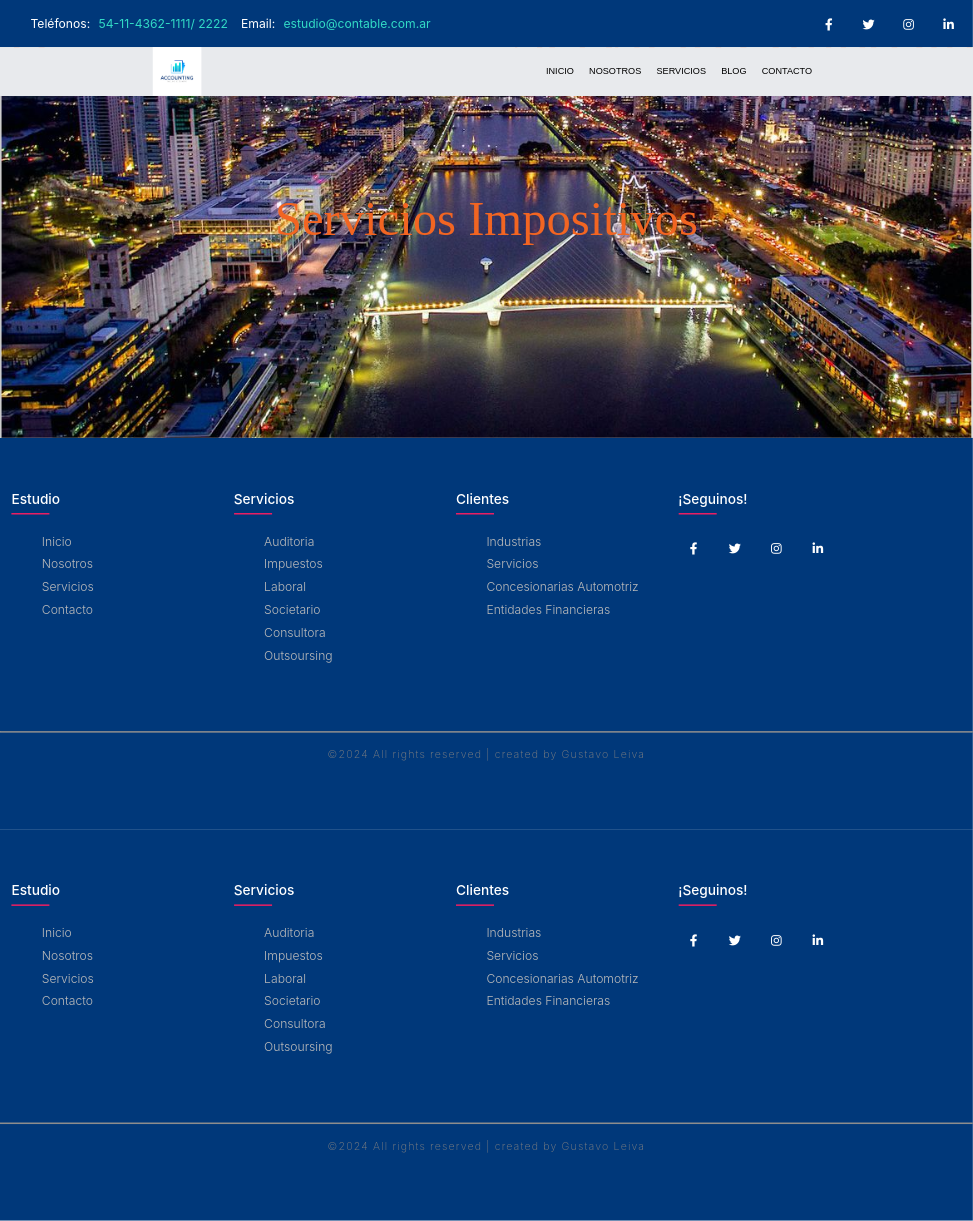
Repository: Gustavo-Leiva/estudioContable
Page: index.html
An editor plug-in stored every save of this project. The page is shown before and after the next save, followed by the edit.
The browser window is 1280 px wide. The pictures show the whole page, at 76% of full size.
Some web libraries are served in a nearby version.

Above is the page before, as saved 2025-01-31 16:01:35.
Console error: SyntaxError: Unexpected identifier 'automático'

### index.html
<!DOCTYPE html>
<html lang="en">
<head>
    <meta charset="UTF-8">
    <meta http-equiv="X-UA-Compatible" content="IE=edge">
    <meta name="viewport" content="width=device-width, initial-scale=1.0">
    <title>Estudio Contable II</title>
    <script src="https://kit.fontawesome.com/363b4ef9d0.js" crossorigin="anonymous"></script>
    <link rel="stylesheet" type= "text/css" href="https://cdnjs.cloudflare.com/ajax/libs/font-awesome/6.0.0/css/all.min.css">
    <link rel="stylesheet" type="text/css" href="./css/style.css">
    <script src="./js/app.js"></script>



</head>




<body>
   <header id="home" class = "header">
        <nav class="nav">
            <div class="container-all">
                    <div class="container-contacto">
                        <div class ="contacto">
                            <ul class="nav-contacto">

                                <li>
                                    <span class="contac">Teléfonos:</span>
                                    <a href="#" class="phone">54-11-4362-1111/ 2222</a>
                                </li>
                                <li>
                                    <span class="contac">Email:</span>
                                    <a href="#" class="email">estudio@contable.com.ar</a>
                                </li>
                            </ul>
                        </div>


                        <div class="social-links">
                            <a href="#"><i class="fab fa-facebook-f"></i></a>
                            <a href="#"><i class="fab fa-twitter"></i></a>
                            <a href="#"><i class="fab fa-instagram"></i></a>
                            <a href="#"><i class="fab fa-linkedin-in"></i></a>
                        </div>

                    </div>






                    <div class="nav-items">
                            <img src="img/logo2.jpg" alt="imagen-de-logo" class="imagen-logo">
                            <button id="abrir" class="abrir-menu"><i class="fas fa-bars"></i>
                            </button>

                            <div  class="nav-menu " id = "nav">
                                <button id="cerrar" class="cerrar-menu" ><i class="fa-solid fa-xmark"></i></button>
                                <ul class="nav-list  ">
                                    <li class="menu-item"><a href="/index.html">Inicio</a></li>
                                    <li class="menu-item"><a href="./html/nosotros.html">Nosotros</a></li>
                                    <li class="menu-item"><a href="./html/servicios.html">Servicios</a></li>
                                    <li class="menu-item"><a href="./html/blog.html">Blog</a></li>
                                    <li class="menu-item"><a href="./html/contacto.html">Contacto</a></li>
                                </ul>

                            </div>


                    </div>
            </div>
        </nav>
    </header>

    <main class="main-container">

        <section class ="imagenContenedora" id="imagenContenedora">

            <img class = "fondoPrincipal" src="./img/fondo.jpg" alt="imagen-inicial">
            <h1 id="leyenda" class ="leyenda">Servicios Impositivos</h1>
            <h2 class="tareas">Especializados en PyMES: industriales, comerciales y de servicios.</h2>

        </section>

    </main>



    <footer class="footer">
        <div class="footer-container">
            <div class="row">
                <div class= "footer-col">
                    <h4 class="title">Estudio</h4>
                    <ul>
                        <li><a href="#">Inicio</a></li>
                        <li><a href="#">Nosotros</a> </li>
                        <li><a href="#">Servicios</a></li>
                        <li><a href="#">Contacto</a></li>
                    </ul>
                </div>

                <div class="footer-col">
                    <h4 class="title">Servicios</h4>
                    <ul>
                        <li><a href="#">Auditoria</a></li>
                        <li><a href="#">Impuestos</a></li>
                        <li><a href="#">Laboral</a></li>
                        <li><a href="#">Societario</a></li>
                        <li><a href="#">Consultora</a></li>
                        <li><a href="#">Outsoursing</a></li>
                    </ul>
                </div>


                <div class="footer-col">
                    <h4 class="title">Clientes</h4>
                    <ul>
                        <li><a href="#">Industrias</a></li>
                        <li><a href="#">Servicios</a></li>
                        <li><a href="#">Concesionarias automotriz</a></li>
                        <li><a href="#">Entidades Financieras</a></li>
                    </ul>
                </div>


                <div class="footer-col  footer-links">
                    <h4 class="title">¡Seguinos!</h4>
                    <div class="social-links">
                        <a href="#"><i class="fab fa-facebook-f"></i></a>
                        <a href="#"><i class="fab fa-twitter"></i></a>
                        <a href="#"><i class="fab fa-instagram"></i></a>
                        <a href="#"><i class="fab fa-linkedin-in"></i></a>
                    </div>
                </div>
            </div>

        </div>

        <hr>

        <p class="derechos">&copy;2024 All rights reserved | created by Gustavo Leiva</p>

    </footer>
    <!-- Contenido principal -->
    <div id="footer"></div>

    <!-- Carga del script -->
    <script src="loadFooter.js"></script>
</body>
</html>

### js/app.js
document.addEventListener("DOMContentLoaded", function () {
    // Cargar artículos desde el JSON
    fetch("../js/articulos.json")
        .then(response => response.json())
        .then(data => {
            const contenedor = document.querySelector(".blog-container");

            data.forEach(articulo => {
                const card = document.createElement("div");
                card.classList.add("blog-card");

                card.innerHTML = `
                    <h2>${articulo.titulo}</h2>
                    <p class="summary">${articulo.resumen}</p>
                    <p class="full-content" style="display: none;">${articulo.contenido}</p>
                    <button class="read-more">Leer más</button>
                    <p class="date">${articulo.fecha}</p>
                `;

                contenedor.appendChild(card);
            });

            // Llamar a la función para activar los botones después de agregar los artículos
            inicializarBotones();
        })
        .catch(error => console.error("Error cargando los artículos:", error));

    // Función para manejar los botones "Leer más"
    function inicializarBotones() {
        const readMoreButtons = document.querySelectorAll(".read-more");

        readMoreButtons.forEach(button => {
            button.addEventListener("click", function () {
                const card = this.parentElement;
                const fullContent = card.querySelector(".full-content");
                const isActive = fullContent.style.display === "block";

                // Cerrar todas las tarjetas antes de abrir la nueva
                document.querySelectorAll(".full-content").forEach(content => content.style.display = "none");
                document.querySelectorAll(".read-more").forEach(btn => btn.textContent = "Leer más");

                // Si no estaba abierta, la abre
                if (!isActive) {
                    fullContent.style.display = "block";
                    this.textContent = "Leer menos";
                }
            });
        });
    }

    // Manejo del menú de navegación
    const nav = document.querySelector("#nav");
    const abrir = document.querySelector("#abrir");
    const cerrar = document.querySelector("#cerrar");
    const elementMenu = document.querySelectorAll(".nav-list a");

    abrir.addEventListener("click", () => {
        nav.classList.add("visible");
    });

    cerrar.addEventListener("click", () => {
        nav.classList.remove("visible");
    });

    elementMenu.forEach(element => {
        element.addEventListener("click", () => {
            nav.classList.remove("visible");
        });
    });

    Cambio automático de leyendas
    let leyendas = ["Servicios Impositivos", "Auditorias", "Servicios Previsionales", "Servicios Contables", "Servicios Financieros"];
    let indiceLeyenda = 0;

    function CambiarLeyenda() {
        document.getElementById("leyenda").textContent = leyendas[indiceLeyenda];
        indiceLeyenda = (indiceLeyenda + 1) % leyendas.length;
    }

    setInterval(CambiarLeyenda, 2500);
 });

### html/footer.html
<!DOCTYPE html>
<html lang="en">
<head>
    <meta charset="UTF-8">
    <meta name="viewport" content="width=device-width, initial-scale=1.0">
    <title>Footer</title>
    <link rel="stylesheet" type="text/css" href="./css/style.css">
</head>
<body>

    <footer class="footer">
        <div class="footer-container">
            <div class="row">
                <div class= "footer-col">
                    <h4 class="title">Estudio</h4>
                    <ul>
                        <li><a href="#">Inicio</a></li>
                        <li><a href="#">Nosotros</a> </li>
                        <li><a href="#">Servicios</a></li>
                        <li><a href="#">Contacto</a></li>
                    </ul>
                </div>

                <div class="footer-col">
                    <h4 class="title">Servicios</h4>
                    <ul>
                        <li><a href="#">Auditoria</a></li>
                        <li><a href="#">Impuestos</a></li>
                        <li><a href="#">Laboral</a></li>
                        <li><a href="#">Societario</a></li>
                        <li><a href="#">Consultora</a></li>
                        <li><a href="#">Outsoursing</a></li>
                    </ul>
                </div>


                <div class="footer-col">
                    <h4 class="title">Clientes</h4>
                    <ul>
                        <li><a href="#">Industrias</a></li>
                        <li><a href="#">Servicios</a></li>
                        <li><a href="#">Concesionarias automotriz</a></li>
                        <li><a href="#">Entidades Financieras</a></li>
                    </ul>
                </div>


                <div class="footer-col  footer-links">
                    <h4 class="title">¡Seguinos!</h4>
                    <div class="social-links">
                        <a href="#"><i class="fab fa-facebook-f"></i></a>
                        <a href="#"><i class="fab fa-twitter"></i></a>
                        <a href="#"><i class="fab fa-instagram"></i></a>
                        <a href="#"><i class="fab fa-linkedin-in"></i></a>
                    </div>
                </div>
            </div>

        </div>

        <hr>

        <p class="derechos">&copy;2024 All rights reserved | created by Gustavo Leiva</p>

    </footer>

</body>
</html>

Loaded but not shown: js/articulos.json (14 lines, source omitted); js/loadfooter.js (19 lines, source omitted); css/style.css (1295 lines, source omitted)

After the next save:
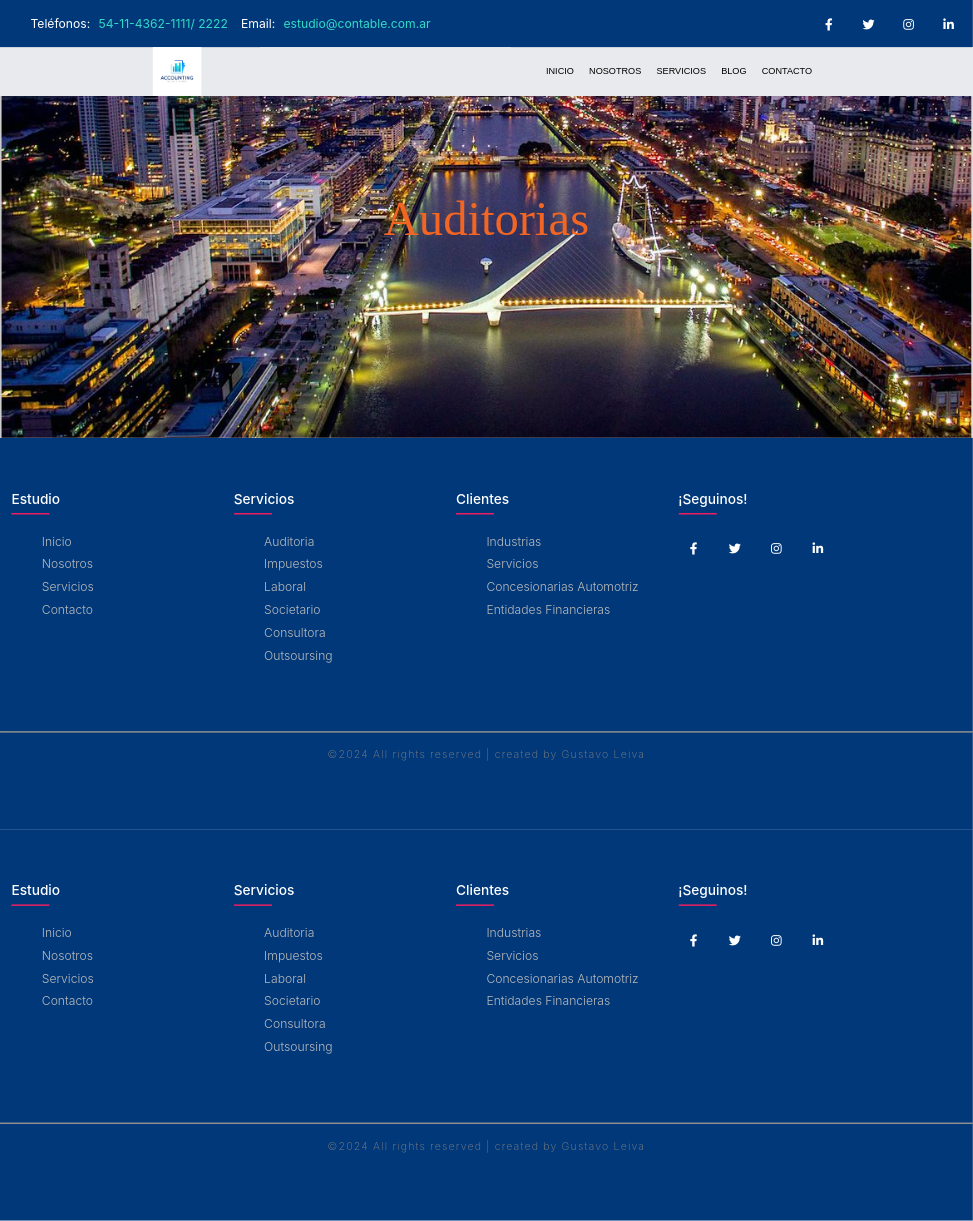
The error is gone.
Saved 1 s later.
--- a/js/app.js
+++ b/js/app.js
@@ -68,7 +68,7 @@ document.addEventListener("DOMContentLoaded", function () {
         });
     });
 
-    Cambio automático de leyendas
+    // Cambio automático de leyendas
     let leyendas = ["Servicios Impositivos", "Auditorias", "Servicios Previsionales", "Servicios Contables", "Servicios Financieros"];
     let indiceLeyenda = 0;
 
